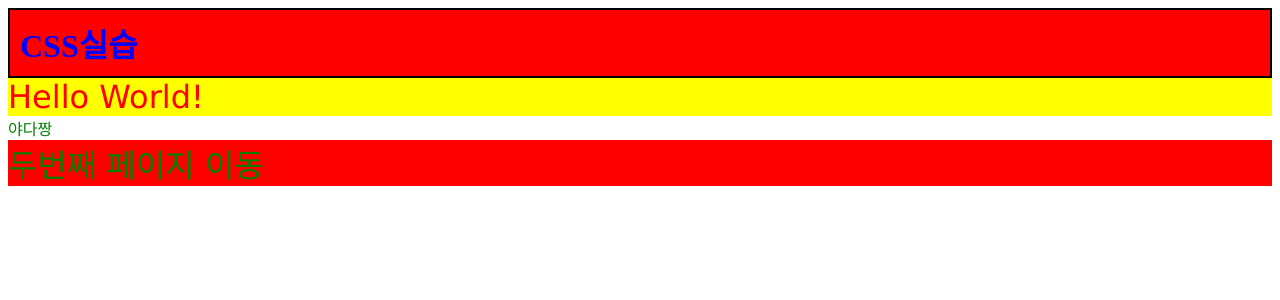
Repository: ashojm/WebWork
Page: Web/first.html
The author's editor kept a copy of each file at every save. The page is drawn from the files as they stood at one save, then again after the next save.
The browser window is 1280 px wide. The pictures show the whole page.

Above is the page before, as saved 2015-11-12 16:43:07.

After the next save:
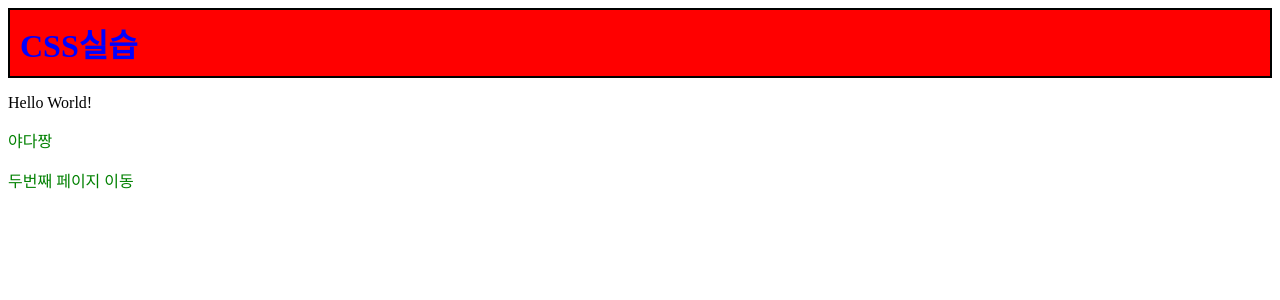
Saved 66 s later.
--- a/Web/css/base.css
+++ b/Web/css/base.css
@@ -1,7 +1,3 @@
 h1{color:#0000FF;font-family:serif;font-size:200%;background-color:red;border:2px solid black;padding:10px;margin:0 auto}
-p {color:red;font-size:200%;font-family:Verdana;background-color:yellow;margin:0 auto}
-p#yada {color:blue;background-color:red}
-p.yada {color:black;background-color:red}
-p#test {background-color:white;color:black;font-size:100%}
 a:link {color:green;background-color:transparent;text-decoration:none}
 a:visited {color:pink;background-color:transparent;text-decoration:none}

After the save that followed:
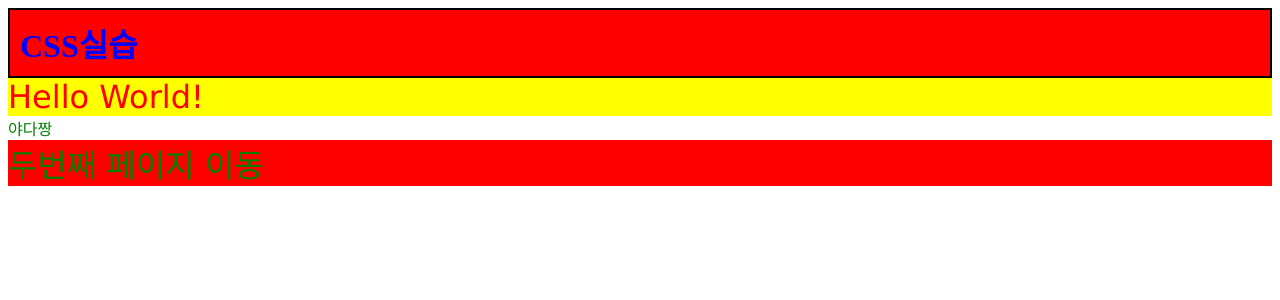
Saved 35 s later.
--- a/Web/css/base.css
+++ b/Web/css/base.css
@@ -1,3 +1,7 @@
 h1{color:#0000FF;font-family:serif;font-size:200%;background-color:red;border:2px solid black;padding:10px;margin:0 auto}
+p {color:red;font-size:200%;font-family:Verdana;background-color:yellow;margin:0 auto}
+p#yada {color:blue;background-color:red}
+p.yada {color:black;background-color:red}
+p#test {background-color:white;color:black;font-size:100%}
 a:link {color:green;background-color:transparent;text-decoration:none}
 a:visited {color:pink;background-color:transparent;text-decoration:none}
